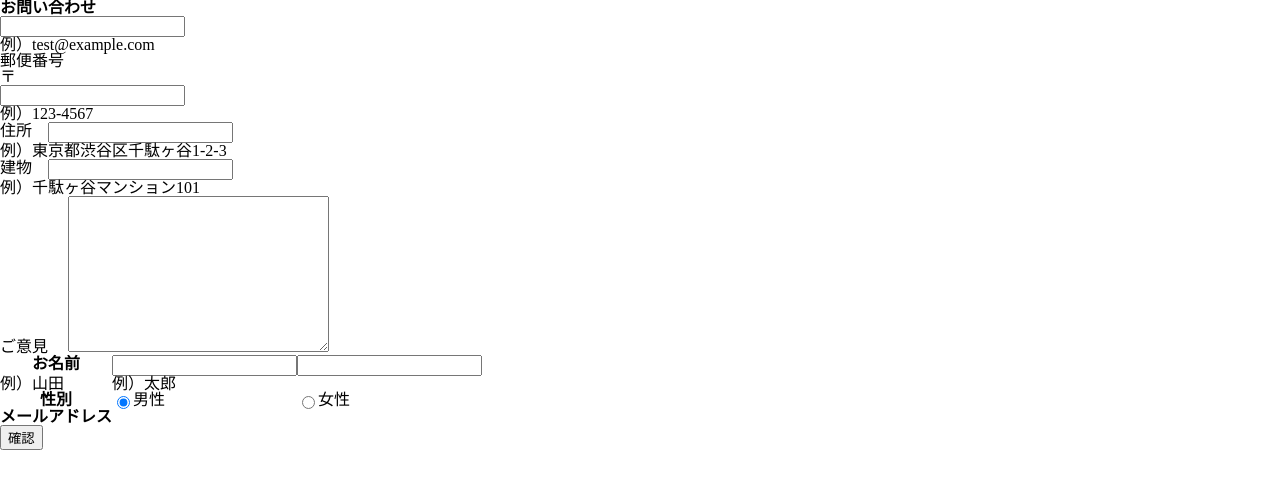
Repository: 1000sky/20220728majima
Page: resources/views/contact.blade.php
An editor plug-in stored every save of this project. The page is shown before and after the next save, followed by the edit.
The browser window is 1280 px wide. The pictures show the whole page.
The page is served by the project's Laravel application, run on PHP 8.4 with Laravel 8. The template is opened directly, without the code that normally fills it, so the values that code supplies are empty.

Above is the page before, as saved 2022-07-27 23:51:51.

After the next save:
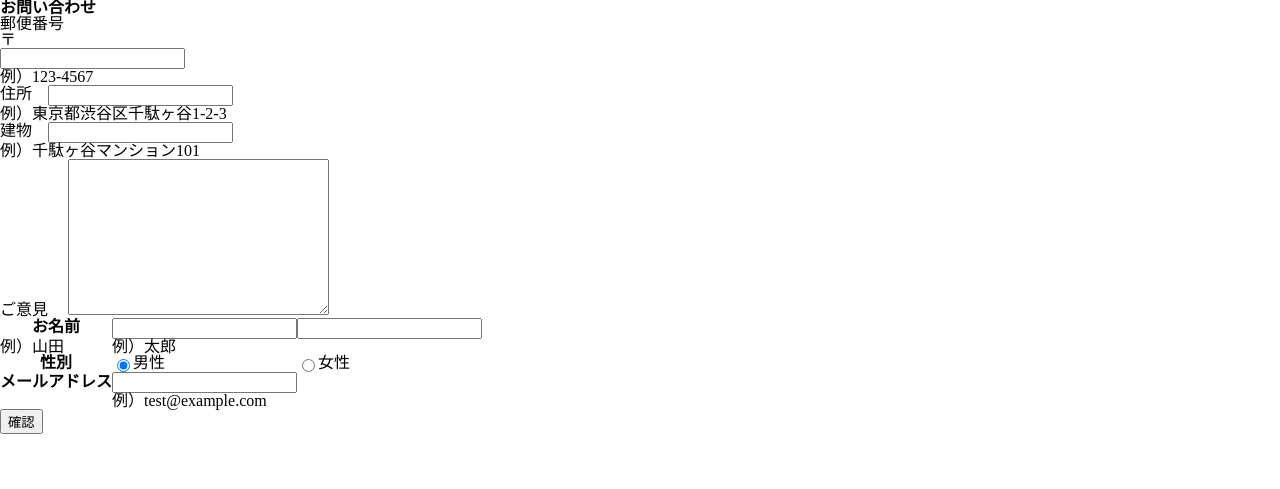
Saved 25 s later.
--- a/advance-test/resources/views/contact.blade.php
+++ b/advance-test/resources/views/contact.blade.php
@@ -58,8 +58,8 @@
 
         <tr>
           <th><label for="">メールアドレス</label></th>
-        <input type="text"><P>例）test@example.com</P>
-        </label>
+          <td><input type="text"><P>例）test@example.com</P></th>
+
         </tr>
         @if ($errors->has('email'))
         <tr>
